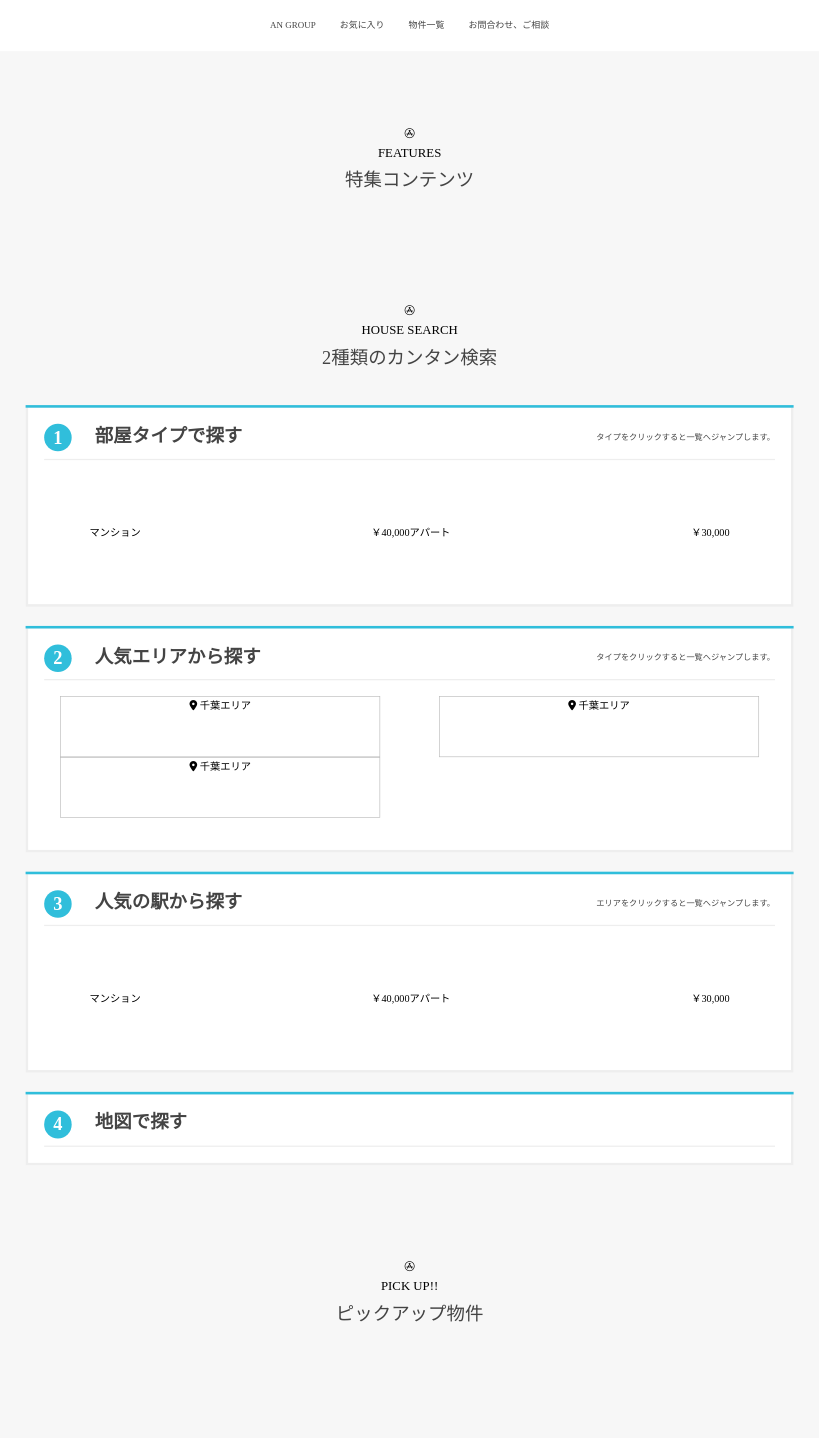
Repository: ninhdavid/real-estate
Page: index.html
The author's editor kept a copy of each file at every save. The page is drawn from the files as they stood at one save, then again after the next save.
The browser window is 1280 px wide. The pictures show the whole page, at 64% of full size.
Some web libraries are served in a nearby version. The style sheet was rebuilt from its Sass, Less or Tailwind sources for each picture, by a compiler version that may differ from the author's.

Above is the page before, as saved 2022-05-12 16:48:51.

### index.html
<!DOCTYPE html>
<html lang="en">

<head>
    <meta charset="UTF-8">
    <meta http-equiv="X-UA-Compatible" content="IE=edge">
    <meta name="viewport" content="width=device-width, initial-scale=1.0">
    <link rel="stylesheet" href="css/main.css">
    <script src="https://kit.fontawesome.com/691ec27588.js" crossorigin="anonymous"></script>
    <title>Document</title>
</head>

<body>
    <div class="main-container">
        <div class="header">
            <div class="img-header"></div>
        </div>
        <div class="main-nav">
            <ul id="nav">
                <li><a class="nav-img" href="#">
                        <!-- <img src="./asset/img/logo/logo-edited.png" alt=""> -->
                        AN GROUP
                    </a></li>
                <li><a href="#">お気に入り</a></li>
                <li><a href="#">物件一覧</a></li>
                <li><a href="#">お問合わせ、ご相談</a></li>
            </ul>
        </div>
        <div class="content">
            <div class="content-section">
                <div class="title-section">
                    <i class="fa-brands fa-app-store"></i>
                    <p>FEATURES</p>
                    <p>特集コンテンツ</p>
                </div>
                <div id="slider"> </div>
            </div>
            <div class="content-section search-section">
                <div class="title-section">
                    <i class="fa-brands fa-app-store"></i>
                    <p>HOUSE SEARCH</p>
                    <p>2種類のカンタン検索</p>
                </div>
                <div class="content-area">
                    <div class="content-box">
                        <div class="title-area">
                            <h3>
                                <span>1</span>
                                部屋タイプで探す
                            </h3>
                            <p>タイプをクリックすると一覧へジャンプします。</p>
                        </div>
                        <div class="type-list">
                            <div class="type-list-des">
                                <div class="list-bg"></div>
                                <p class="list-title">マンション</p>
                                <p class="list-price">￥40,000</p>
                            </div>
                            <div class="type-list-des">
                                <div class="list-bg"></div>
                                <p class="list-title">アパート</p>
                                <p class="list-price">￥30,000</p>
                            </div>
                        </div>
                    </div>
                    <div class="content-box">
                        <div class="title-area">
                            <h3>
                                <span>2</span>
                                人気エリアから探す
                            </h3>
                            <p>タイプをクリックすると一覧へジャンプします。</p>
                        </div>
                        <div class="type-list location-list">
                            <div class="type-list-des location-des">
                                <i class="fa-solid fa-location-dot"></i>
                                <p>千葉エリア</p>
                            </div>
                            <div class="type-list-des location-des">
                                <i class="fa-solid fa-location-dot"></i>
                                <p>千葉エリア</p>
                            </div>
                            <div class="type-list-des location-des">
                                <i class="fa-solid fa-location-dot"></i>
                                <p>千葉エリア</p>
                            </div>
                        </div>
                    </div>
                    <div class="content-box">
                        <div class="title-area">
                            <h3>
                                <span>3</span>
                                人気の駅から探す
                            </h3>
                            <p>エリアをクリックすると一覧へジャンプします。</p>
                        </div>
                        <div class="type-list">
                            <div class="type-list-des">
                                <div class="list-bg"></div>
                                <p class="list-title">マンション</p>
                                <p class="list-price">￥40,000</p>
                            </div>
                            <div class="type-list-des">
                                <div class="list-bg"></div>
                                <p class="list-title">アパート</p>
                                <p class="list-price">￥30,000</p>
                            </div>
                        </div>
                    </div>
                    <div class="content-box">
                        <div class="title-area">
                            <h3>
                                <span>4</span>
                                地図で探す
                            </h3>
                        </div>
                    </div>
                </div>
            </div>
            <div class="content-section">
                <div class="title-section">
                    <i class="fa-brands fa-app-store"></i>
                    <p>PICK UP!!</p>
                    <p>ピックアップ物件</p>
                </div>
                <div></div>
            </div>
        </div>

    </div>



</body>
<script src="asset/java-script/chat-online.js"></script>

</html>

### css/main.scss


*{
    padding: 0;
    margin: 0;
    box-sizing: border-box;
}

.main-nav{
    // height: 85px;
    background-color: #fff;
    width: 100%;
    z-index:10;
    height: 5em;
    text-align: center;
}
#nav{
    display:inline-block;
}
#nav,
.subnav {
    list-style-type: none;
}
#nav > li{
    display:inline-block;
}
#nav  li{
    position: relative;
    top:11px;
}
#nav li a{
    display: block;
    text-decoration: none;
    line-height: 24px;
    font-size: 14px;
    padding: 1.2em;
}
#nav>li>a{
    color: rgb(68,68,68);
    text-transform: uppercase;
}
// .nav-img{
//     background-image: url("/asset/img/logo/logo-edited.png");
//     height:80px;
//     width: 100px;
//     padding: 5px 0;
//     background-position: center; /* Center the image */
//     background-repeat: no-repeat; /* Do not repeat the image */
//     background-size: cover;
// }
.content{
    background-color: #f7f7f7;
    padding: 60px 5px;
}
.content-section{
    display: block;
    text-align: center;
    padding:60px 0;
}
.title-section{

}
.search-section{

}
.title-section i {

}
.tittle-section p{
    font-weight: bold;
}
.title-section>p:nth-of-type(1){
    font-size: 1.25em;
    line-height: 1;
    padding: 10px 0;
}
.title-section p:nth-of-type(2){
    font-size: 1.8em;
    // font-size: 32px;
    color: #444444;
    padding-bottom: 2em;
}
.content-area{
    width: 1200px;
    margin: 0 auto;
}

.content-box{
    // display:relative;
    width: 100%;
    padding: 25px;
    border: 4px solid #eeeeee;
    position: relative;
    margin-bottom:30px;
    background-color: #fff;
}
.content-box:before{
    content: "";
    display: block;
    position: absolute;
    left: -4px;
    top: -4px;
    width: calc(100% + 8px);
    height: 4px;
    background-color: #30bedb;
}
.content-box p {
    display: inline-block;
}
.title-area{
    display:flex;
    justify-content:space-between;
    // font-size: 1.8em;
    line-height: 1.2;
    text-align: center;
    align-items:center;
    padding-bottom: 0.7em;
    border-bottom: 2px solid #eeeeee;
}
.title-area h3{
    font-size: 1.8em;
    color: #444444;
}
.title-area>h3>span{
    width: 1.5em;
    line-height: 1.5em;
    background-color: #30bedb;
    color: #fff;
    display:inline-block;
    vertical-align: middle;
    margin-right: 1em;
    // font-size: 1.6428571429em;
    // font-size: 1.17em;
    font-weight: bold;
    text-align: center;
    border-radius: 50% 50% 50% 50%;
}
.title-area>p{
    font-size: 0.8em;
    color: #444444;
}
.type-list{
    padding: 25px;
    display:flex;
    flex-wrap: wrap;
    flex-direction:row;
    justify-content: center;
}
.type-list-des{
    width: 500px;
    height:150px;
    position: relative;
}
.list-bg{
    position: absolute;
    background: no-repeat center center / cover;
    transition: all 0.3s ease;
    background-color: red;
}
.list-title{
    position:absolute;
    left: 0;
    top: 50%;
}
.list-price{
    position:absolute;
    right: 0;
    top: 50%;
}
.location-list{
    display: flex;
    justify-content:space-between}
.location-des{
    border:1px solid #bbbbbb;
    height:95px;

}

Loaded but not shown: asset/java-script/chat-online.js (no stored copy; drawn as an empty file)

After the next save:
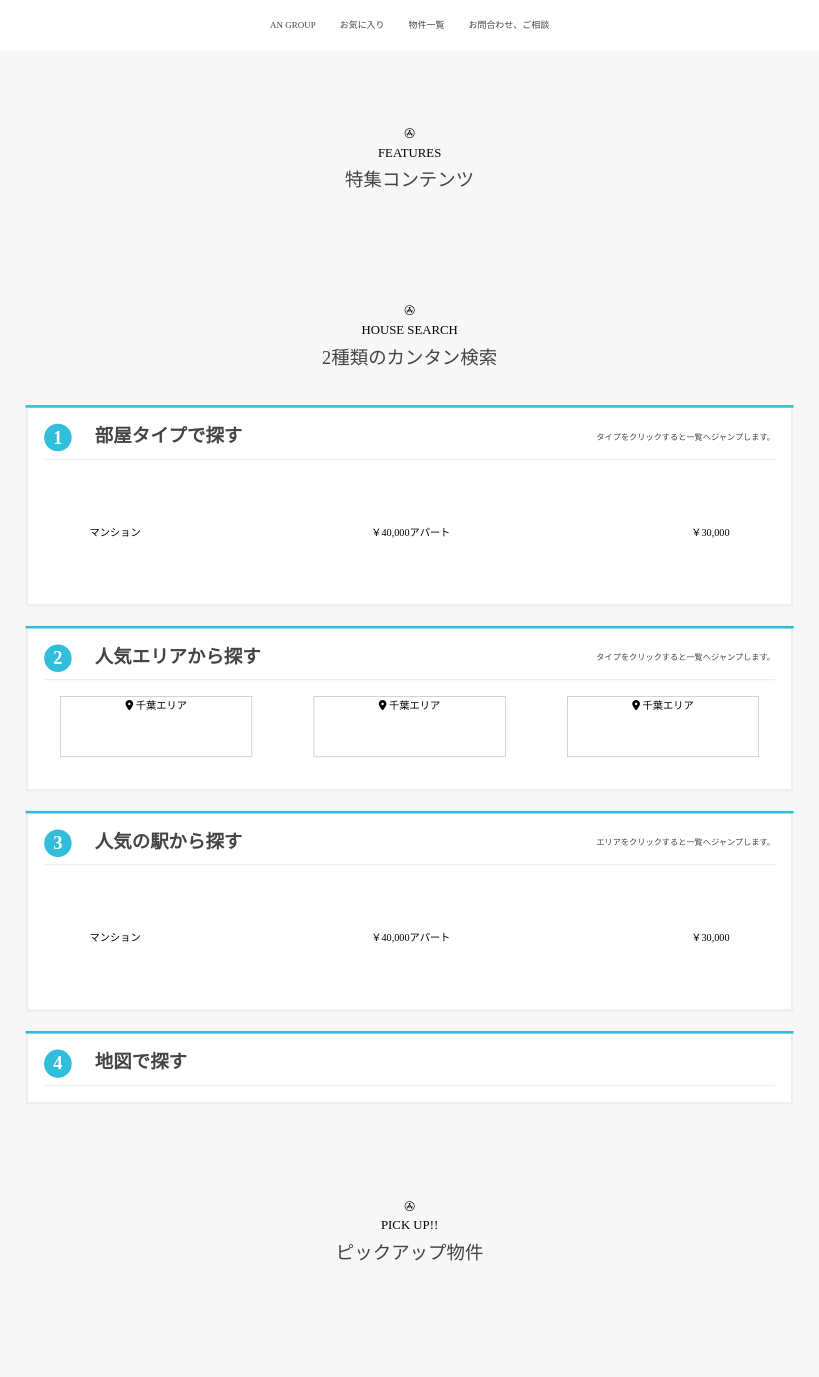
Saved 11 s later.
--- a/css/main.scss
+++ b/css/main.scss
@@ -173,5 +173,5 @@
 .location-des{
     border:1px solid #bbbbbb;
     height:95px;
-
+    width:300px
 }
